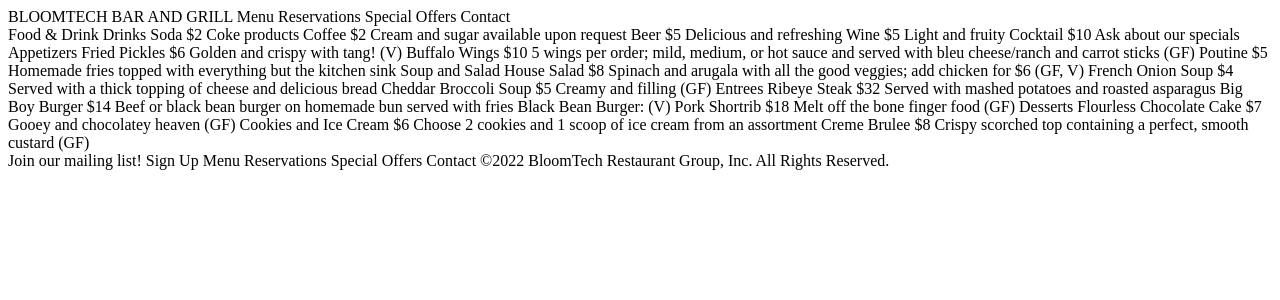
Repository: yoshimario/web-sprint-challenge-user-interface-responsive-design
Page: menu.html
These files come from the project's save history. The page is drawn as it stood at one moment and after the next save; the edit follows.
The browser window is 1280 px wide. The pictures show the whole page.
Some web libraries are served in a nearby version.

Above is the page before, as saved 2023-06-10 23:41:03.

### menu.html
<!doctype html>

<html lang="en">

<head>
    <meta charset="utf-8">

    <title>Sprint Challenge - Menu</title>

    <link href="https://fonts.googleapis.com/css?family=Roboto|Rubik" rel="stylesheet">
    <script src="https://kit.fontawesome.com/5b12ffad4b.js" crossorigin="anonymous"></script>
</head>

<body>
    <div>
        <!-- header -->
        <header>
            BLOOMTECH BAR AND GRILL

            <!-- nav -->
            Menu
            Reservations
            Special Offers
            Contact
        </header>

        <!-- spacer -->
        <div class="spacer"></div>

        <!-- menu -->
        <article class="menu">
            Food & Drink

                Drinks
                    Soda
                    $2
                    Coke products

                    Coffee
                    $2
                    Cream and sugar available upon request

                    Beer
                    $5
                    Delicious and refreshing

                    Wine
                    $5
                    Light and fruity

                    Cocktail
                    $10
                    Ask about our specials

                Appetizers
                    Fried Pickles
                    $6
                    Golden and crispy with tang!
                    (V)

                    Buffalo Wings
                    $10
                    5 wings per order; mild, medium, or hot sauce and served with bleu cheese/ranch and carrot sticks
                    (GF)

                    Poutine
                    $5
                    Homemade fries topped with everything but the kitchen sink

                Soup and Salad
                    House Salad
                    $8
                    Spinach and arugala with all the good veggies; add chicken for $6
                    (GF, V)

                    French Onion Soup
                    $4
                    Served with a thick topping of cheese and delicious bread

                    Cheddar Broccoli Soup
                    $5
                    Creamy and filling
                    (GF)

                Entrees
                    Ribeye Steak
                    $32
                    Served with mashed potatoes and roasted asparagus

                    Big Boy Burger
                    $14
                    Beef or black bean burger on homemade bun served with fries
                    Black Bean Burger: (V)

                    Pork Shortrib
                    $18
                    Melt off the bone finger food
                    (GF)

                Desserts
                    Flourless Chocolate Cake
                    $7
                    Gooey and chocolatey heaven
                    (GF)

                    Cookies and Ice Cream
                    $6
                    Choose 2 cookies and 1 scoop of ice cream from an assortment

                    Creme Brulee
                    $8
                    Crispy scorched top containing a perfect, smooth custard
                    (GF)
        </article>

        <!-- spacer -->
        <div class="spacer-sm"></div>

        <!-- footer -->
        <footer>
            <!-- email signup -->
            Join our mailing list!
            Sign Up
            <!-- nav -->
            Menu
            Reservations
            Special Offers
            Contact
            <!-- copyright -->
            ©2022 BloomTech Restaurant Group, Inc. All Rights Reserved.
        </footer>
    </div>
</body>

</html>

After the next save:
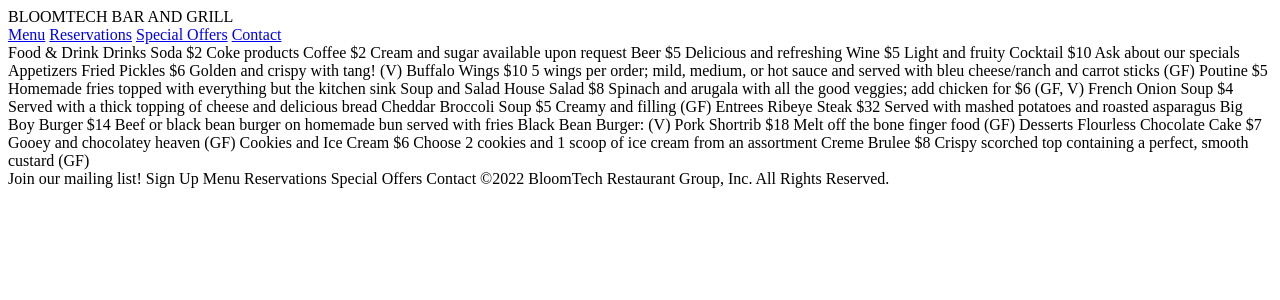
Saved 106 s later.
--- a/menu.html
+++ b/menu.html
@@ -18,10 +18,12 @@
             BLOOMTECH BAR AND GRILL
 
             <!-- nav -->
-            Menu
-            Reservations
-            Special Offers
-            Contact
+            <nav>
+                <a href="menu.html">Menu</a>
+                <a href="reservations.html">Reservations</a>
+                <a href="specialoffers.html">Special Offers</a>
+                <a href="contact.html">Contact</a>
+            </nav>
         </header>
 
         <!-- spacer -->
@@ -31,86 +33,86 @@
         <article class="menu">
             Food & Drink
 
-                Drinks
-                    Soda
-                    $2
-                    Coke products
+            Drinks
+            Soda
+            $2
+            Coke products
 
-                    Coffee
-                    $2
-                    Cream and sugar available upon request
+            Coffee
+            $2
+            Cream and sugar available upon request
 
-                    Beer
-                    $5
-                    Delicious and refreshing
+            Beer
+            $5
+            Delicious and refreshing
 
-                    Wine
-                    $5
-                    Light and fruity
+            Wine
+            $5
+            Light and fruity
 
-                    Cocktail
-                    $10
-                    Ask about our specials
+            Cocktail
+            $10
+            Ask about our specials
 
-                Appetizers
-                    Fried Pickles
-                    $6
-                    Golden and crispy with tang!
-                    (V)
+            Appetizers
+            Fried Pickles
+            $6
+            Golden and crispy with tang!
+            (V)
 
-                    Buffalo Wings
-                    $10
-                    5 wings per order; mild, medium, or hot sauce and served with bleu cheese/ranch and carrot sticks
-                    (GF)
+            Buffalo Wings
+            $10
+            5 wings per order; mild, medium, or hot sauce and served with bleu cheese/ranch and carrot sticks
+            (GF)
 
-                    Poutine
-                    $5
-                    Homemade fries topped with everything but the kitchen sink
+            Poutine
+            $5
+            Homemade fries topped with everything but the kitchen sink
 
-                Soup and Salad
-                    House Salad
-                    $8
-                    Spinach and arugala with all the good veggies; add chicken for $6
-                    (GF, V)
+            Soup and Salad
+            House Salad
+            $8
+            Spinach and arugala with all the good veggies; add chicken for $6
+            (GF, V)
 
-                    French Onion Soup
-                    $4
-                    Served with a thick topping of cheese and delicious bread
+            French Onion Soup
+            $4
+            Served with a thick topping of cheese and delicious bread
 
-                    Cheddar Broccoli Soup
-                    $5
-                    Creamy and filling
-                    (GF)
+            Cheddar Broccoli Soup
+            $5
+            Creamy and filling
+            (GF)
 
-                Entrees
-                    Ribeye Steak
-                    $32
-                    Served with mashed potatoes and roasted asparagus
+            Entrees
+            Ribeye Steak
+            $32
+            Served with mashed potatoes and roasted asparagus
 
-                    Big Boy Burger
-                    $14
-                    Beef or black bean burger on homemade bun served with fries
-                    Black Bean Burger: (V)
+            Big Boy Burger
+            $14
+            Beef or black bean burger on homemade bun served with fries
+            Black Bean Burger: (V)
 
-                    Pork Shortrib
-                    $18
-                    Melt off the bone finger food
-                    (GF)
+            Pork Shortrib
+            $18
+            Melt off the bone finger food
+            (GF)
 
-                Desserts
-                    Flourless Chocolate Cake
-                    $7
-                    Gooey and chocolatey heaven
-                    (GF)
+            Desserts
+            Flourless Chocolate Cake
+            $7
+            Gooey and chocolatey heaven
+            (GF)
 
-                    Cookies and Ice Cream
-                    $6
-                    Choose 2 cookies and 1 scoop of ice cream from an assortment
+            Cookies and Ice Cream
+            $6
+            Choose 2 cookies and 1 scoop of ice cream from an assortment
 
-                    Creme Brulee
-                    $8
-                    Crispy scorched top containing a perfect, smooth custard
-                    (GF)
+            Creme Brulee
+            $8
+            Crispy scorched top containing a perfect, smooth custard
+            (GF)
         </article>
 
         <!-- spacer -->
